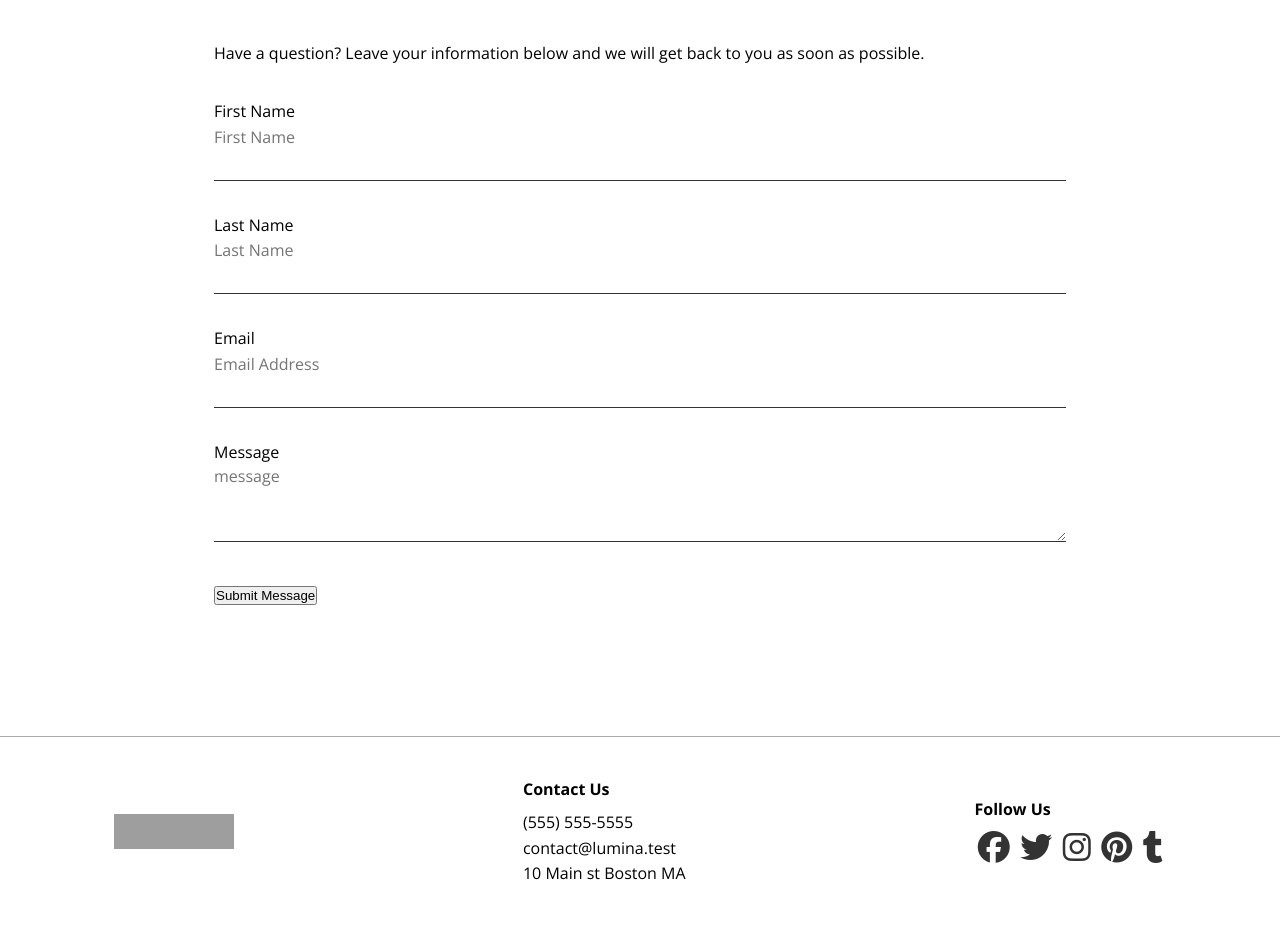
Repository: AchrafAzzaoui/lumina-creative-html-css-project
Page: lumina-creative/contact.html
The author's editor kept a copy of each file at every save. The page is drawn from the files as they stood at one save, then again after the next save.
The browser window is 1280 px wide. The pictures show the part of the page from y = 733 to 1685 px (the page is 1660 px tall before and 1685 px after).
Pictures or frames that could not be fetched are drawn as grey boxes. A picture or video elsewhere on the page could not be fetched, so the positions and the page height are approximate. Some web libraries are served in a nearby version.

Above is the page before, as saved 2024-08-22 22:23:38.

### lumina-creative/contact.html
<!DOCTYPE html>
<html lang="en">
  <head>
    <meta charset="UTF-8" />
    <meta name="viewport" content="width=device-width, initial-scale=1.0" />
    <title>Document</title>
  </head>
  <body>
    <!DOCTYPE html>
    <html lang="en">
      <head>
        <meta charset="UTF-8" />
        <meta name="viewport" content="width=device-width, initial-scale=1.0" />
        <title>Contact Lumina Creative</title>
        <link rel="preconnect" href="https://fonts.googleapis.com" />
        <link rel="preconnect" href="https://fonts.gstatic.com" crossorigin />
        <link
          rel="stylesheet"
          href="https://cdnjs.cloudflare.com/ajax/libs/font-awesome/6.6.0/css/all.min.css"
          integrity="sha512-Kc323vGBEqzTmouAECnVceyQqyqdsSiqLQISBL29aUW4U/M7pSPA/gEUZQqv1cwx4OnYxTxve5UMg5GT6L4JJg=="
          crossorigin="anonymous"
          referrerpolicy="no-referrer"
        />
        <link
          href="https://fonts.googleapis.com/css2?family=Open+Sans:ital,wght@0,300..800;1,300..800&display=swap"
          rel="stylesheet"
        />
        <link rel="stylesheet" href="css/styles.css" />
        <link rel="icon" href="images/favicon.ico" />
      </head>
      <body>
        <header class="header">
          <div class="container container-sm header-flex">
            <img src="images/logo.png" alt="Lumina Creative" class="logo" />
            <nav>
              <ul class="main-menu">
                <li><a href="index.html">Home</a></li>
                <li><a href="about.html">About</a></li>
                <li><a class="current" href="contact.html">Contact</a></li>
              </ul>
            </nav>
          </div>
        </header>

        <section class="hero bg-dark">
          <div class="container container-sm">
            <h2>
              <span class="bg-primary">Enthusiastic</span> thinkers, creating
              unique endeavors powered by
              <span class="bg-primary">creativity</span>
            </h2>
          </div>
        </section>

        <section class="contact">
          <div class="container container-sm">
            <h2 class="section-heading">Contact Us</h2>
            <p>
              Have a question? Leave your information below and we will get back
              to you as soon as possible.
            </p>
            <form>
              <div class="form-group">
                <label for="first-name" class="visually-hidden"
                  >First Name</label
                >
                <input
                  id="first-name"
                  name="first-name"
                  type="text"
                  placeholder="First Name"
                />
              </div>
              <div class="form-group">
                <label for="last-name" class="visually-hidden">Last Name</label>
                <input
                  id="last-name"
                  name="last-name"
                  type="text"
                  placeholder="Last Name"
                />
              </div>
              <div class="form-group">
                <label for="email" class="visually-hidden">Email</label>
                <input
                  id="email"
                  name="email"
                  type="email"
                  placeholder="Email Address"
                />
              </div>
              <div class="form-group">
                <label for="message" class="visually-hidden">Message</label>
                <textarea
                  type="text"
                  id="message"
                  name="message"
                  placeholder="message"
                ></textarea>
              </div>
              <div class="form-group">
                <button type="submit" class="btn">Submit Message</button>
              </div>
            </form>
          </div>
        </section>

        <footer class="footer">
          <div class="container footer-flex">
            <img src="images/logo.png" alt="Lumina Creative" />
            <div>
              <h4>Contact Us</h4>
              <ul>
                <li>(555) 555-5555</li>
                <li>contact@lumina.test</li>
                <li>10 Main st Boston MA</li>
              </ul>
            </div>
            <div>
              <h4>Follow Us</h4>
              <a href="#"><i class="fab fa-facebook fa-2x"></i></a>
              <a href="#"><i class="fab fa-twitter fa-2x"></i></a>
              <a href="#"><i class="fab fa-instagram fa-2x"></i></a>
              <a href="#"><i class="fab fa-pinterest fa-2x"></i></a>
              <a href="#"><i class="fab fa-tumblr fa-2x"></i></a>
            </div>
          </div>
        </footer>
      </body>
    </html>
  </body>
</html>

### lumina-creative/css/styles.css
* {
  margin: 0;
  padding: 0;
  box-sizing: border-box;
}

:root {
  --primary-color: #fcf5e9;
  --container-normal: 1100px;
  --container-wide: 1400px;
  --container-narrow: 900px;
  --dark-color: #333;
}

body {
  font-family: "Open Sans", sans-serif;
  line-height: 1.6;
}
a {
  text-decoration: none;
  color: #333;
}
ul {
  list-style: none;
}
img {
  max-width: 100%;
}
/* utility classes */

.bg-primary {
  background-color: var(--primary-color);
  color: #333;
}

.bg-dark {
  background: var(--dark-color);
  color: white;
}

.section-heading {
  font-size: 1.6rem;
  text-align: center;
  margin-bottom: 40px;
}

.bg-dark .bg-primary {
  padding: 0 0.3rem;
}
/* Container */

.container {
  max-width: var(--container-normal);
  margin: 0 auto;
  padding: 0 1.5rem;
}

.container-lg {
  max-width: var(--container-wide);
}

.container-sm {
  max-width: var(--container-narrow);
}

/* Header */
.header {
  margin: 1.5rem auto;
}
.header .logo {
  width: 130px;
}

.header .header-flex {
  display: flex;
  justify-content: space-between;
  align-items: center;
}

.header .main-menu {
  display: flex;
  gap: 1rem;
}

.header .main-menu a {
  padding: 0.5rem 1rem;
}

.header .main-menu a:hover {
  background-color: var(--primary-color);
}

.current {
  background-color: var(--primary-color);
  font-weight: 600;
}

/* Hero */
.hero {
  height: 500px;
  display: flex;
  flex-direction: column;
  justify-content: center;
  align-items: center;
  text-align: center;
}

.hero h2 {
  font-size: 3rem;
  line-height: 1.4;
  font-weight: normal;
}
/* Photo gallery */
.gallery-flex {
  display: flex;
  justify-content: center;
  flex-wrap: wrap;
  gap: 20px;
}
.gallery-item {
  width: calc(33.333% - 20px);
  border-radius: 10px;
}
.gallery-item img {
  border-radius: 10px;
}

.gallery-item:hover {
  opacity: 0.9;
}

/* footer styles */
.footer {
  border-top: 1px solid #aaa;
  padding: 2.5rem 1.5rem;
  margin-top: 2rem;
}

.footer-flex {
  display: flex;
  justify-content: space-between;
  align-items: center;
}

.footer img {
  width: 120px;
  height: 35px;
}

.footer h4 {
  font-size: 1rem;
  margin-bottom: 0.5rem;
}
.footer a {
  margin: 0.2rem;
}

/* Services */
.services {
  padding: 3rem 0 4rem;
}
.services-flex {
  display: flex;
  gap: 2rem;
}
.service-item h4 {
  font-size: 1.5rem;
}
/* Team */
.team {
  padding: 3rem 0px 4rem;
}

.team-flex {
  display: flex;
  gap: 1.4rem;
}

.team img {
  border-radius: 10px;
}

/* Contact */
.contact {
  padding: 3rem 0px 4rem;
}
.contact p {
  text-align: 0;
  margin-bottom: 2rem;
}
.form-group {
  margin: 2rem 0;
}

.contact input,
.contact textarea {
  border: none;
  border-bottom: 1px #333 solid;
  width: 100%;
  font-family: inherit;
  font-size: inherit;
  padding-bottom: 2rem;
}

/* Media Queries */

@media (max-width: 768px) {
  .header .header-flex,
  .footer .footer-flex,
  .services-flex,
  .team-flex {
    flex-direction: column;
    gap: 1.5rem;
  }
  .hero {
    height: 300px;
  }

  .hero h2 {
    font-size: 1.8rem;
  }

  .gallery-item {
    width: calc(50% - 20px);
  }
  .footer .footer-flex {
    text-align: center;
  }
}

After the next save:
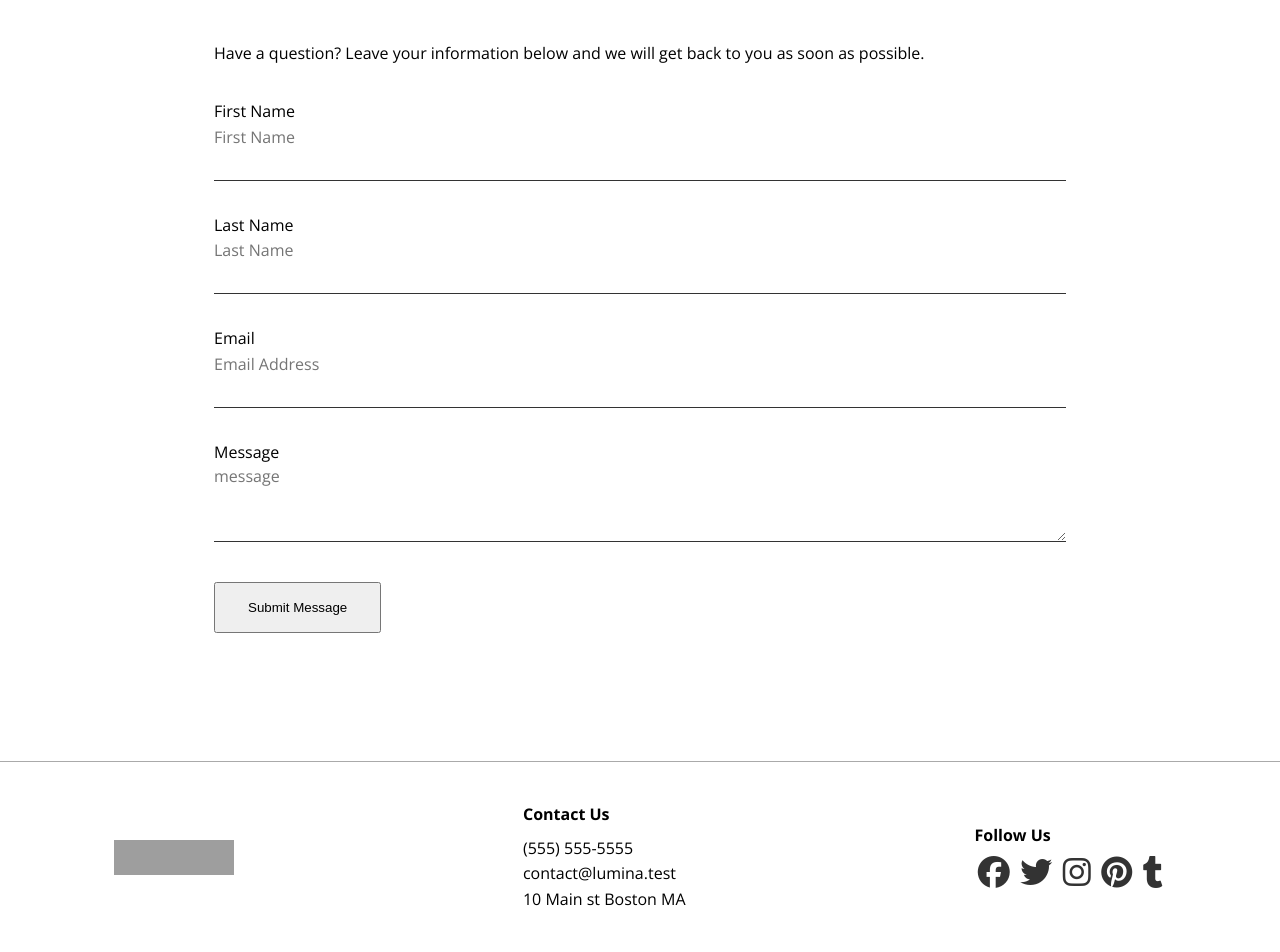
Saved 20 min 24 s later.
--- a/lumina-creative/css/styles.css
+++ b/lumina-creative/css/styles.css
@@ -46,6 +46,10 @@ img {
 
 .bg-dark .bg-primary {
   padding: 0 0.3rem;
+}
+
+.btn {
+  padding: 1rem 2rem;
 }
 /* Container */
 
@@ -202,6 +206,10 @@ img {
   padding-bottom: 2rem;
 }
 
+.contact input:focus,
+.contact textarea:focus {
+  outline: 0;
+}
 /* Media Queries */
 
 @media (max-width: 768px) {
